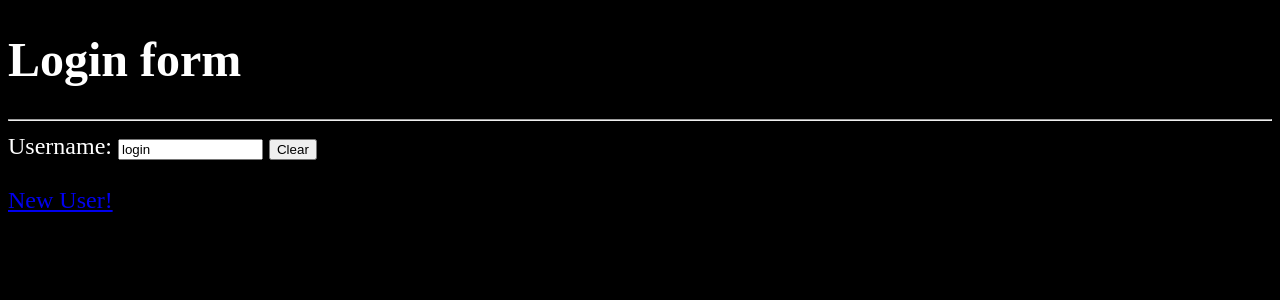
Repository: neerajagrrawal/Day8
Page: LoginApplication/WebContent/login.html
These files come from the project's save history. The page is drawn as it stood at one moment and after the next save; the edit follows.
The browser window is 1280 px wide. The pictures show the whole page.

Above is the page before, as saved 2018-09-05 10:31:51.

After the next save:
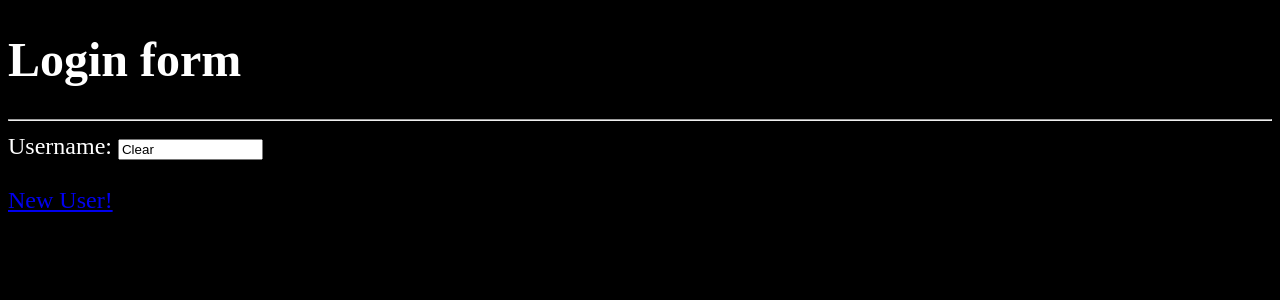
Saved 40 s later.
--- a/LoginApplication/WebContent/login.html
+++ b/LoginApplication/WebContent/login.html
@@ -15,7 +15,7 @@
 <label>Password: </label>
 <input type="text" name="password" size="15>
 <br><br>
-<input type="submit" value="login"/>
+
 <input type="reset" value="Clear"/>
 <br><br>
 <a href="registration.html">New User!</a>
